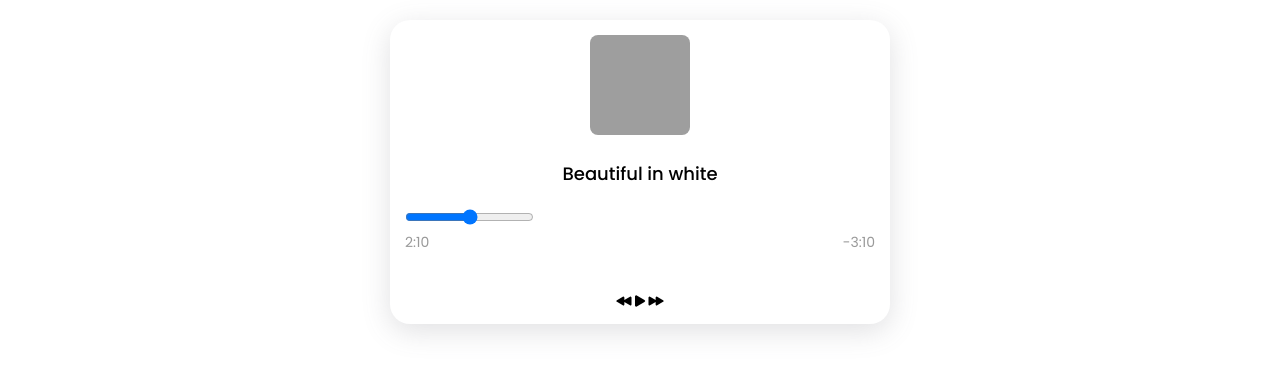
Repository: quyenpv10/mp3__music
Page: index.html
An editor plug-in stored every save of this project. The page is shown before and after the next save, followed by the edit.
The browser window is 1280 px wide. The pictures show the whole page.
Pictures or frames that could not be fetched are drawn as grey boxes.

Above is the page before, as saved 2021-12-10 20:09:24.

After the next save:
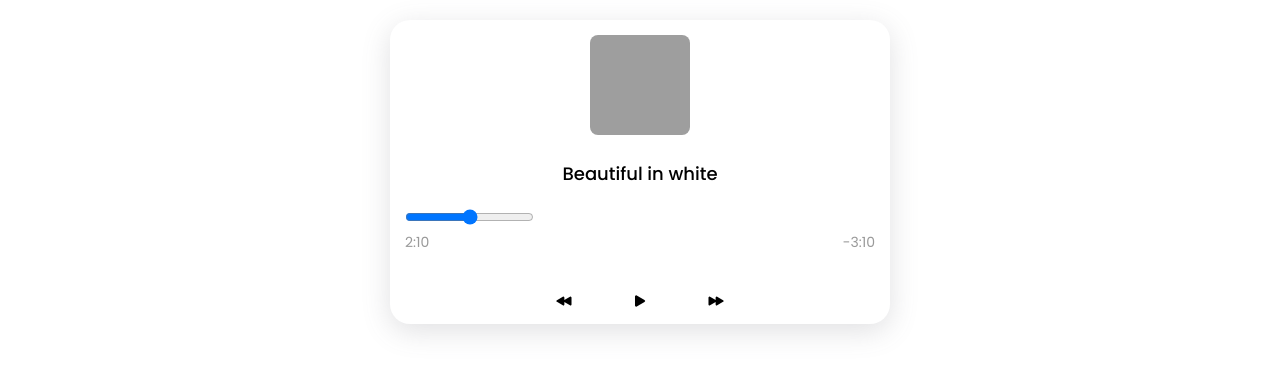
Saved 6 s later.
--- a/app.css
+++ b/app.css
@@ -85,4 +85,5 @@ body {
     display: flex;
     justify-content: center;
     align-items: center;
+    gap: 0 60px;
 }
